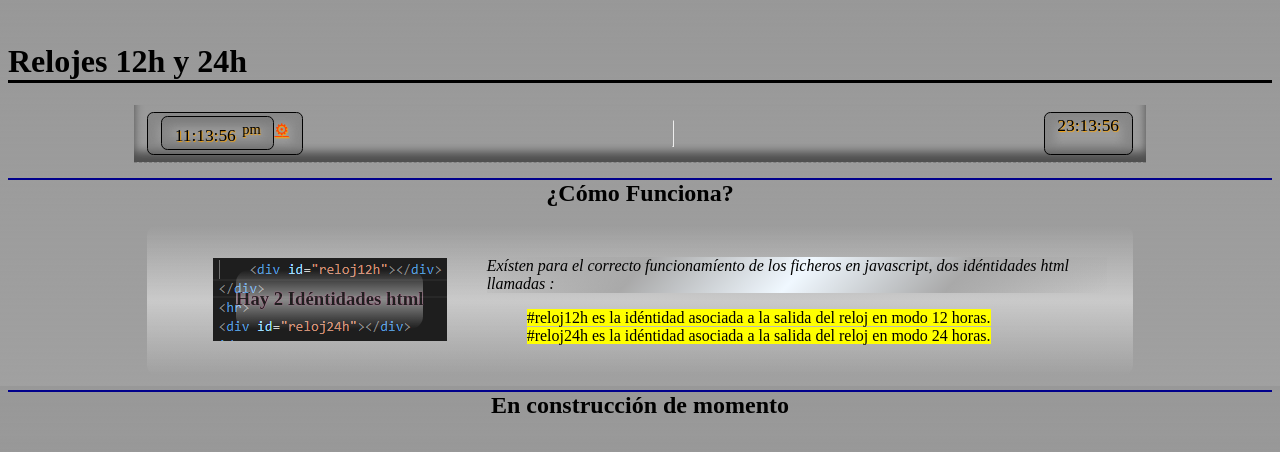
Repository: marcostonfor/clocks
Page: index.html
An editor plug-in stored every save of this project. The page is shown before and after the next save, followed by the edit.
The browser window is 1280 px wide. The pictures show the whole page.

Above is the page before, as saved 2024-09-18 23:46:57.

### index.html
<!DOCTYPE html>
<html lang="ca-ES, en-US">

<head>
    <meta charset="utf-8">
    <meta name="viewport" content="width=device-width, initial-scale=1">
    <title>relojes</title>
    <style>

        body {
            background-image: repeating-linear-gradient(0deg, hsla(0, 0%, 41%, 0.63) 12%, hsla(0, 0%, 0%, 0.404));
        }

        h1 {
            margin-top: 6vh;
            border-bottom: 0.3vw solid black;
        }

        #dosRelojes {
            width: 80%;
            height: auto;
            margin: 2vh auto;
            padding: 1vh 1vw;
            display: flex;
            border-bottom: 0.1vw dashed gray;
            /* box-shadow: inset -0.2vh 0 06px hsl(41, 100%, 50%); */
            box-shadow: inset 0 -10px 10px rgba(0, 0, 0, 0.5);
        }

        summary::marker {
            content: none !important;
        }

        summary {
            cursor: pointer !important;
            color: orangered;
            text-decoration: underline;
            margin: 0.5vh auto;
            font-size: 12pt;
        }

        #caja12h {
            display: flex;
        }

        h2 {
            text-align: center;
            margin-top: 2vh;
            border-top: 0.2vw solid darkblue;
        }

        #identidades_principales {
            display: flex;
            justify-content: space-around;
            align-items:last baseline;
            padding: 2vh 2vw;
            width: 78%;
            margin: auto auto;
            background-image: repeating-linear-gradient(0deg, transparent, hsla(0, 0%, 96%, 0.5), transparent);
            border-radius: 0.755vw;
        }

        .conFoto figure {
            position: relative;
            display: flex;
            align-items: center;
            justify-content: center;
        }

        .conFoto figure figcaption {
            position: absolute;
            border-radius: 1vw;
            text-shadow: 0 0 1px hotpink;
            background-image:  repeating-linear-gradient(0deg, transparent, hsla(0, 0%, 96%, 0.5), transparent);
            mix-blend-mode: screen;
        }

        .conTexto p {
            width: fit-content;
            height: auto;
            background-image: repeating-linear-gradient(132deg, transparent, darkgray, aliceblue, darkgray, transparent);
        }

        .conTexto blockquote mark {
            text-shadow: 0.1vh 0.1vw 1px rgb(220, 20, 60, -0.1vh -0.1vw 1px black;
            color: hsl(78, 100%, 50%) !important;
        }
    </style>
</head>

<body>
    <header>
        <h1>Relojes 12h y 24h</h1>
        <aside id="dosRelojes">
            <div id="caja12h">
                <div id="reloj12h"></div>
            </div>
            <hr>
            <div id="reloj24h"></div>
        </aside>
        <nav></nav>
    </header>
    <main>
        <h2>¿Cómo Funciona?</h2>
        <section id="identidades_principales">
            <article class="conFoto">
                <figure>
                    <img src="./img/identidades.png" alt="foto de las id principales">
                <figcaption><h3>Hay 2 Idéntidades html</h3></figcaption>
                </figure>
            </article>
            <article class="conTexto">
                <p>
                    <cite>Exísten para el correcto funcionamíento de los ficheros en javascript, dos idéntidades html
                        llamadas :</cite>
                <blockquote>
                    <mark>#reloj12h es la idéntidad asociada a la salida del reloj en modo 12 horas.</mark>
                    <br>
                    <mark>#reloj24h es la idéntidad asociada a la salida del reloj en modo 24 horas.</mark>
                </blockquote>
                </p>
            </article>
        </section>
    </main>
    <h2>En construcción de momento</h2>
    <script type="module" src="./relojes.js"></script>
</body>

</html>

### relojes.js

import { estilosPersonales } from './archivoEstilos.js';
import { conf12h } from './archivoConfiguracion.js';
function laHora() {
	const Reloj = class {
		constructor(formato, salida) {
			this.ahora = new Date();
			this.reloj = {
				hora: this.ahora.getHours(),
				minuto: this.ahora.getMinutes(),
				segundo: this.ahora.getSeconds()
			};
			this._formato = formato;
			this._salida = salida;
		}

		get formato() {
			return this._formato;
		}

		get salida() {
			return this._salida;
		}

		set formato(horaActual) {
			this._formato = horaActual;
		}

		set salida(output) {
			this._salida = output;
		}

		anyadirCero(formatear) {
			return formatear <= 9 ? "0" + formatear : formatear;
		}

		_12h() {
			let horas = this.reloj.hora % 12;
			if (horas === 0) horas = 12;
			const amOpm = this.reloj.hora >= 12 ? "pm" : "am";
			this._formato = `${this.anyadirCero(horas)}:${this.anyadirCero(this.reloj.minuto)}:${this.anyadirCero(this.reloj.segundo)}<sup>${amOpm}</sup>`;
			return this._formato;
		}

		_24h() {
			this._formato = `${this.anyadirCero(this.reloj.hora)}:${this.anyadirCero(this.reloj.minuto)}:${this.anyadirCero(this.reloj.segundo)}`;
			return this._formato;
		}
	};

	const laSalida = () => {
		const salida = document.getElementById("reloj12h");
		const salida24h = document.getElementById("reloj24h");
		const doceHoras = new Reloj();
	//	salida.innerHTML = doceHoras._12h();
	//	salida24h.innerHTML = doceHoras._24h();

 // Verifica si existe el elemento #reloj12h
 if (salida) {
	salida.innerHTML = doceHoras._12h();
	conf12h(); // Llamada a la función conf12h() si el elemento existe
}

// Verifica si existe el elemento #reloj24h
if (salida24h) {
	salida24h.innerHTML = doceHoras._24h();
}


	function estiloscss(estilosPersonales) {

		const estils = document.createElement('STYLE');
		estils.textContent = `
* {
    box-sizing: border-box;
}

div {
    text-align: center;
    width: fit-content;
    border: 0.1vw solid black;
    font-size: 13pt;
    padding: 0.5vh 1vw;
    box-shadow: inset 0 0 10px 10px hsla(0, 0%, 41%, 0.397);
    font-family: 'Comic Sans MS';
    color: black;
    text-shadow: 0.1vh 0.1vw 1px orange;
    border-radius: 0.5vw;
}


sup {
    margin-left: 0.5vw !important;
}
	`;
		if (estilosPersonales) {
			estils.textContent += estilosPersonales;
		}


		document.head.appendChild(estils);
}

	// Llamada a la función con estilos adicionales
	estiloscss(estilosPersonales);


	};

// estiloscss();
return setInterval(laSalida, 1000);
}
laHora();

### archivoEstilos.js
export const estilosPersonales = `

    `;

### archivoConfiguracion.js
export function conf12h() {
    const config = document.createElement('DETAILS');
    const summary = document.createElement('SUMMARY');
    summary.innerHTML = `&#9881;`;
    config.appendChild(summary);

    // Verificar si el checkbox ya existe
    if (!document.getElementById('miCheckbox')) {
        const checkbox = document.createElement('input');
        checkbox.type = 'checkbox';
        checkbox.id = 'miCheckbox';
        checkbox.checked = true; // Mostrar <sup> por defecto

        const label = document.createElement('label');
        label.htmlFor = 'miCheckbox'; // Asegúrate de que coincida con el id del checkbox
        label.textContent = 'Ver "am" "pm"';

        // Crear un elemento <style> para manejar la visibilidad de <sup>
        let estils = document.getElementById('dynamicStyles');
        if (!estils) {
            estils = document.createElement('style');
            estils.id = 'dynamicStyles';
            document.head.appendChild(estils);
        }

        // Función para actualizar el estilo de <sup>
        const updateSupVisibility = () => {
            if (checkbox.checked) {
                estils.textContent = `
                    sup {
                        display: inline !important;
                    }
                `;
            } else {
                estils.textContent = `
                    sup {
                        display: none !important;
                    }
                `;
            }
        };

        // Inicializar el estilo de <sup>
        updateSupVisibility();

        // Agregar un evento al checkbox para alternar la visibilidad de <sup>
        checkbox.addEventListener('change', updateSupVisibility);

        const mostrarConfiguracion = document.getElementById('caja12h');
        // Agregar el checkbox y el label al cuerpo del documento
        label.appendChild(checkbox);
        config.appendChild(label);
        mostrarConfiguracion.appendChild(config);
    }
}

After the next save:
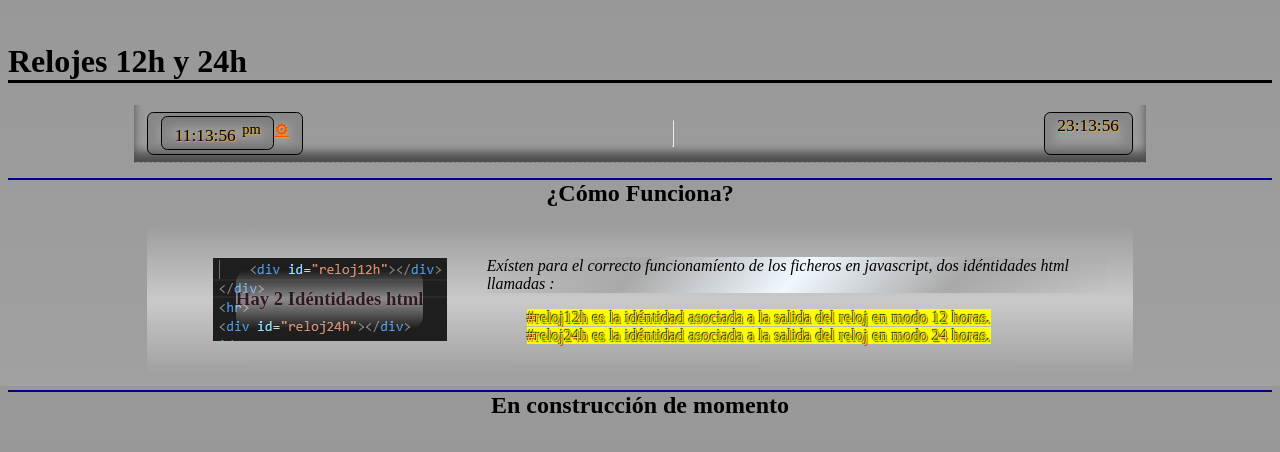
Saved 13 s later.
--- a/index.html
+++ b/index.html
@@ -82,7 +82,7 @@
         }
 
         .conTexto blockquote mark {
-            text-shadow: 0.1vh 0.1vw 1px rgb(220, 20, 60, -0.1vh -0.1vw 1px black;
+            text-shadow: 0.1vh 0.1vw 1px rgb(220, 20, 60), -0.1vh -0.1vw 1px black;
             color: hsl(78, 100%, 50%) !important;
         }
     </style>

After the 3 saves that followed:
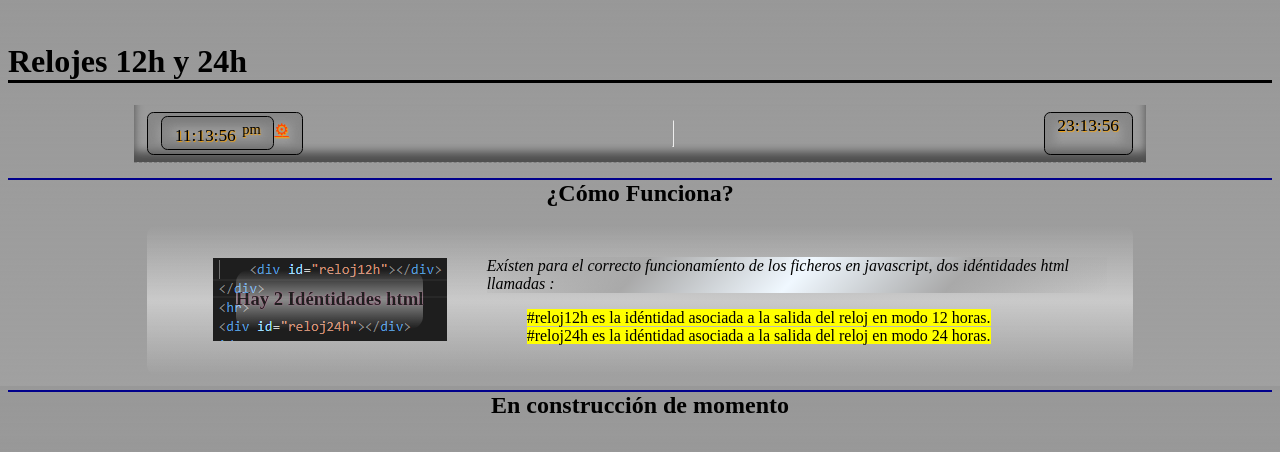
The 3 saves are shown as one change because they came seconds apart.
The last was saved 30 s later.
--- a/index.html
+++ b/index.html
@@ -81,6 +81,8 @@
             background-image: repeating-linear-gradient(132deg, transparent, darkgray, aliceblue, darkgray, transparent);
         }
 
+        .conTexto
+
         .conTexto blockquote mark {
             text-shadow: 0.1vh 0.1vw 1px rgb(220, 20, 60), -0.1vh -0.1vw 1px black;
             color: hsl(78, 100%, 50%) !important;
